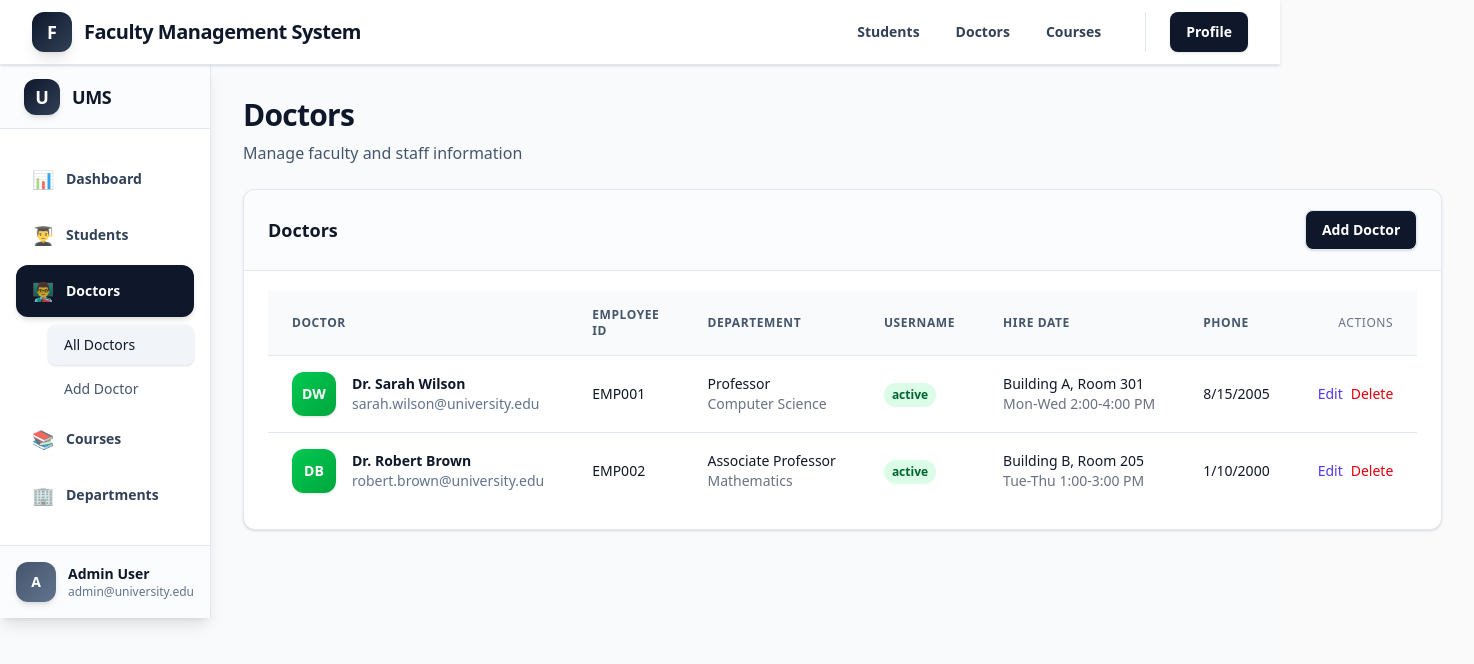
Repository: Mohamedmohsen179/Advanced-DB-Task
Page: /doctors (app in frontend/)
An editor plug-in stored every save of this project. The page is shown before and after the next save, followed by the edit.
The browser window is 1280 px wide. The page is 1474 px wide, then 1455 px, so the pictures cover 1474 px, including what lies to the right of the window. The pictures show the whole page.
The project was rebuilt for these pictures with package versions that can differ from the ones it lists, and the page was loaded fresh each time. The framework's server and built-in components were replaced by stand-ins that run in the browser. Settings that the repository does not hold, such as keys and server addresses, were given made-up values. Also part of the build but not shown: frontend/next.config.ts.

Above is the page before, as saved 2025-11-28 16:48:50.

After the next save:
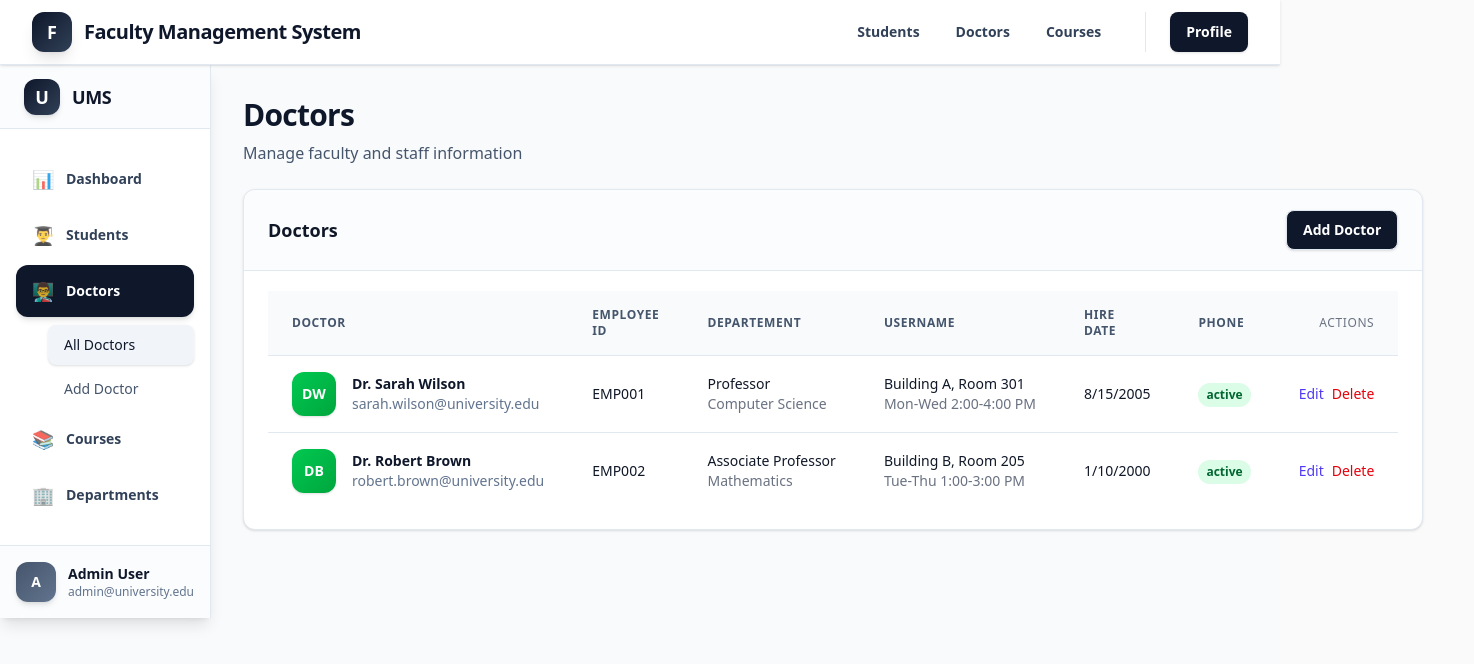
Saved 15 s later.
--- a/frontend/components/doctors/DoctorTable.tsx
+++ b/frontend/components/doctors/DoctorTable.tsx
@@ -122,6 +122,14 @@ export default function DoctorTable({
                     <div className="text-sm text-gray-900">{doctor.title}</div>
                     <div className="text-sm text-gray-500">{doctor.specialization || 'General'}</div>
                   </td>
+                  <td className="px-6 py-4 whitespace-nowrap">
+                    <div className="text-sm text-gray-900">{doctor.officeLocation || 'Not assigned'}</div>
+                    <div className="text-sm text-gray-500">{doctor.officeHours || 'Not set'}</div>
+                  </td>
+
+                  <td className="px-6 py-4 whitespace-nowrap text-sm text-gray-900">
+                    {new Date(doctor.hireDate).toLocaleDateString()}
+                  </td>
 
                   <td className="px-6 py-4 whitespace-nowrap">
                     <span className={`inline-flex px-2 py-1 text-xs font-semibold rounded-full ${doctor.status === 'active'
@@ -134,15 +142,6 @@ export default function DoctorTable({
                       }`}>
                       {doctor.status.replace('_', ' ')}
                     </span>
-                  </td>
-
-                  <td className="px-6 py-4 whitespace-nowrap">
-                    <div className="text-sm text-gray-900">{doctor.officeLocation || 'Not assigned'}</div>
-                    <div className="text-sm text-gray-500">{doctor.officeHours || 'Not set'}</div>
-                  </td>
-
-                  <td className="px-6 py-4 whitespace-nowrap text-sm text-gray-900">
-                    {new Date(doctor.hireDate).toLocaleDateString()}
                   </td>
                   <td className="px-6 py-4 whitespace-nowrap text-right text-sm font-medium space-x-2">
 
